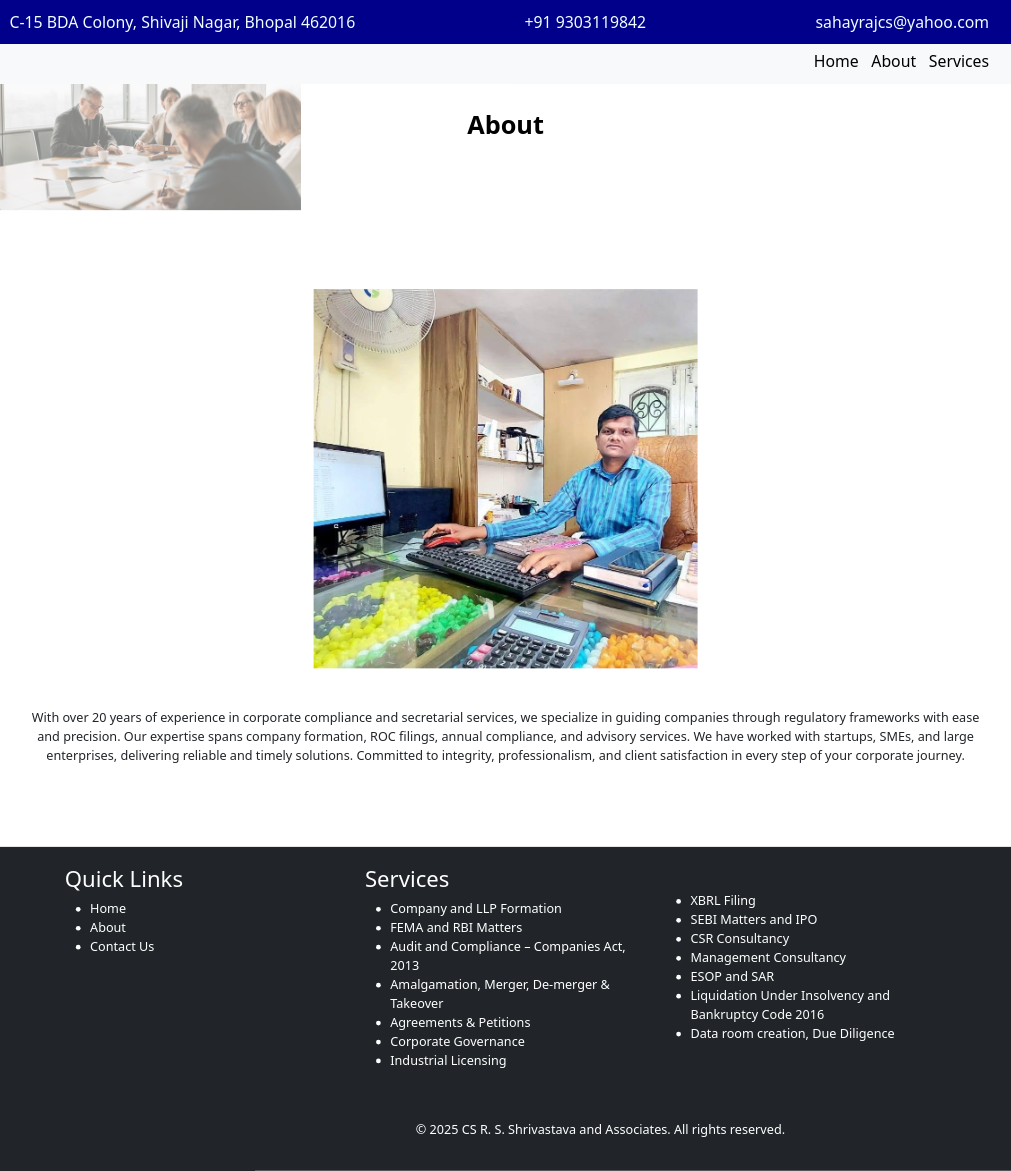
Repository: aayushiss/CS-RSS
Page: about.html
These files come from the project's save history. The page is drawn as it stood at one moment and after the next save; the edit follows.
The browser window is 1280 px wide. The pictures show the whole page, at 79% of full size.

Above is the page before, as saved 2025-05-16 20:57:16.

### about.html
<!DOCTYPE html>
<html lang="en">

<head>
    <meta charset="UTF-8">
    <meta name="viewport" content="width=device-width, initial-scale=1.0">
    <title>R. S. Shrivastava</title>
    <link href="https://cdn.jsdelivr.net/npm/bootstrap@5.3.3/dist/css/bootstrap.min.css" rel="stylesheet"
        integrity="sha384-QWTKZyjpPEjISv5WaRU9OFeRpok6YctnYmDr5pNlyT2bRjXh0JMhjY6hW+ALEwIH" crossorigin="anonymous">
    <link rel="stylesheet" type="text/css" href="style.css">
</head>

<body>
    <nav class="navbar fixed-top custom-navbar">
        <div class="container-fluid d-flex justify-content-between">
            <a class="navbar-brand"
                href="https://www.google.com/maps/place/R+S+SHRIVASTAVA+%26+ASSOCIATES/@23.2288499,77.4244091,17z/data=!3m1!4b1!4m6!3m5!1s0x397c425fada83073:0xcb1e8ba90a487f4e!8m2!3d23.228845!4d77.426984!16s%2Fg%2F1td0r8v9?entry=ttu&g_ep=EgoyMDI1MDUxMi4wIKXMDSoASAFQAw%3D%3D"
                target="_blank">C-15 BDA Colony, Shivaji Nagar, Bhopal 462016</a>
            <a class="navbar-brand" href="" tel:+919303119842"">+91 9303119842</a>
            <a class="navbar-brand" href="mailto:sahayrajcs@yahoo.com">sahayrajcs@yahoo.com</a>
        </div>
    </nav>
    <div class="navbar-space"></div>

    <nav class="navbar sticky-top second-navbar bg-light">
        <div class="container-fluid d-flex justify-content-end">
            <a class="navbar-brand" href="index.html">Home</a>
            <a class="navbar-brand" href="about.html">About</a>
            <a class="navbar-brand" href="services.html">Services</a>
        </div>
    </nav>

    <div class="position-relative" style="margin-bottom: 60px;" id="contact-section">
        <img src="images/haveAQuery.jpg" class="img-fluid" alt="..."
            style="opacity: .5; height: 10rem; width: fit-content;">
        <h2 class="position-absolute start-50 translate-middle-x text-black fw-bold" style="top: 20%;">
            About
        </h2>
    </div>
    <div class="col" style="padding: 40px;">
        <div class="text-center">
            <img src="images/AboutImage.jpeg" class="img-fluid" style="height: 30rem;">
            <p style="margin-top: 50px;">With over 20 years of experience in corporate compliance and secretarial
                services, we specialize in guiding companies through regulatory frameworks with ease and precision.
                Our expertise spans company formation, ROC filings, annual compliance, and advisory services.
                We have worked with startups, SMEs, and large enterprises, delivering reliable and timely solutions.
                Committed to integrity, professionalism, and client satisfaction in every step of your corporate
                journey.</p>
        </div>
    </div>

    <footer class="bg-dark text-white py-4 mt-5">
        <div class="container">
            <div class="row">
                <div class="col">
                    <h3>Quick Links</h3>
                    <ul class="footer-links">
                        <li><a href="index.html">Home</a></li>
                        <li><a href="about.html">About</a></li>
                        <li><a href="#contact-section">Contact Us</a></li>
                    </ul>
                </div>
                <div class="col">
                    <h3>Services</h3>
                    <ul class="footer-links">
                        <li><a href="index.html">Company and LLP Formation</a></li>
                        <li><a href="about.html">FEMA and RBI Matters</a></li>
                        <li><a href="#contact-section">Audit and Compliance – Companies Act, 2013</a></li>
                        <li><a href="hncjsd">Amalgamation, Merger, De-merger & Takeover</a></li>
                        <li><a href="hncjsd">Agreements & Petitions</a></li>
                        <li><a href="hncjsd">Corporate Governance</a></li>
                        <li><a href="hncjsd">Industrial Licensing</a></li>
                    </ul>
                </div>
                <div class="col" style="margin-top: 2rem;">
                    <ul class="footer-links">
                        <li><a href="hncjsd">XBRL Filing</a></li>
                        <li><a href="hncjsd">SEBI Matters and IPO</a></li>
                        <li><a href="hncjsd">CSR Consultancy</a></li>
                        <li><a href="hncjsd">Management Consultancy</a></li>
                        <li><a href="hncjsd">ESOP and SAR</a></li>
                        <li><a href="hncjsd">Liquidation Under
                                Insolvency and Bankruptcy Code 2016</a></li>
                        <li><a href="hncjsd">Data room creation, Due Diligence</a></li>
                    </ul>
                </div>
            </div>

        </div>
        <p class="text-center mt-5" style="margin-left: 15rem;">&copy; 2025 CS R. S. Shrivastava and Associates. All rights reserved.</p>
    </footer>
</body>

</html>

### style.css
.custom-navbar {
    background-color: darkblue;
}

.custom-navbar .navbar-brand {
    color: azure;
}

.navbar-space {
    margin-top: 50px;
}

.second-navbar .navbar-brand {
    color: black;
}

.custom-card {
    height: 25vh;
}

.custom-card .card-img {
    height: 100%;
    object-fit: cover;
}

.container-fluid .card {
    padding: 10px;
}

.container-fluid .card-title {
    font-family: 'Times New Roman', Times, serif;
    font-weight: bold;
    font-size: xx-large;
}

.container-fluid .col-md-8 .card-title {
    font-family: 'Times New Roman', Times, serif;
    font-size: large;
}

.footer-links ul {
    list-style: none;
    text-decoration: none;
}

.footer-links a {
    color: white;
    text-decoration: none;
}

After the next save:
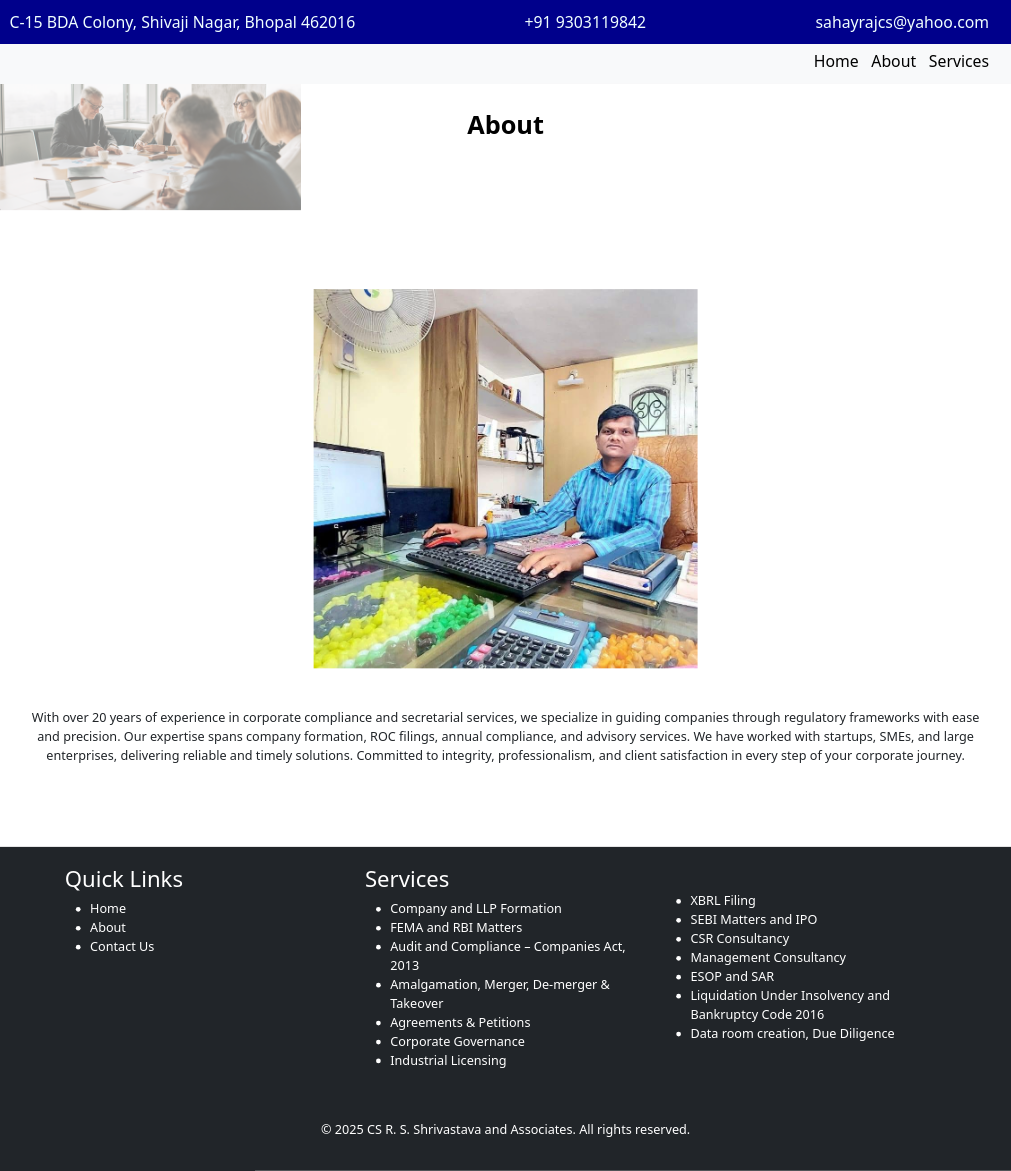
Saved 15 s later.
--- a/about.html
+++ b/about.html
@@ -86,8 +86,8 @@
                 </div>
             </div>
 
-        </div>
-        <p class="text-center mt-5" style="margin-left: 15rem;">&copy; 2025 CS R. S. Shrivastava and Associates. All rights reserved.</p>
+        </div style="margin-left: 15rem;">
+        <p class="text-center mt-5" >&copy; 2025 CS R. S. Shrivastava and Associates. All rights reserved.</p>
     </footer>
 </body>
 
